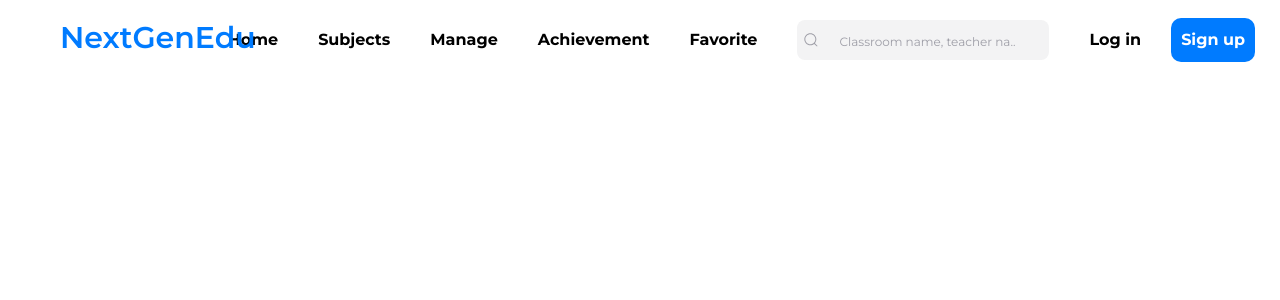
Repository: khoilvgcc210040/nextgenedu
Page: http://localhost/
An editor plug-in stored every save of this project. The page is shown before and after the next save, followed by the edit.
The browser window is 1280 px wide. The pictures show the whole page.
The page is served by the project's application, run on Django 5.2 (manage.py). Other server files are loaded and not shown.

Above is the page before, as saved 2024-08-11 21:44:27.

### home/templatetags/filters.py
from django import template

register = template.Library()

@register.filter(name='range')
def filter_range(start, end):
    return range(start, end)

### templates/home.html
{% load static %}
<!DOCTYPE html>
<html lang="en">
<head>
    <meta charset="UTF-8">
    <meta name="viewport" content="width=device-width, initial-scale=1.0">
    <title>Home</title>
    <!-- Bootstrap CSS -->
    <link href="https://stackpath.bootstrapcdn.com/bootstrap/4.5.2/css/bootstrap.min.css" rel="stylesheet">
</head>
<style>
    @import url('https://fonts.googleapis.com/css2?family=Montserrat:ital,wght@0,100..900;1,100..900&family=Roboto:ital,wght@0,100;0,300;0,400;0,500;0,700;0,900;1,100;1,300;1,400;1,500;1,700;1,900&display=swap');
    body, html {
        margin: 0;
        padding: 0;
        height: 100%;
        font-family: "Montserrat", sans-serif;
        overflow: hidden;
    }
</style>
<body>
    {% include "header.html" %}

</body>
</html>

### templates/header.html
{% load static %}
<!DOCTYPE html>
<html lang="en">
<head>
    <meta charset="UTF-8">
    <meta name="viewport" content="width=device-width, initial-scale=1.0">
</head>
<style>
    @import url('https://fonts.googleapis.com/css2?family=Montserrat:ital,wght@0,100..900;1,100..900&family=Roboto:ital,wght@0,100;0,300;0,400;0,500;0,700;0,900;1,100;1,300;1,400;1,500;1,700;1,900&display=swap');
    body, html {
        margin: 0;
        padding: 0;
        height: 100%;
        font-family: "Montserrat", sans-serif;
        overflow: hidden;
        overflow-y: auto;
    }

    .navbar .container {
        max-width: 1330px;
    }

    .navbar .navbar-nav .nav-link {
        border-radius: 10px;;
        margin: 10px;
        padding: 10px;
        color: #000;
        font-weight: 700;
        transition: all ease-in-out 0.3s;
    }

    .navbar .navbar-nav .nav-link:hover {
        transform: translateY(-3px);
    }


    .navbar {
        position: fixed;
        top: 0;
        left: 0;
        right: 0;
        background: #ffffff;
        border-bottom: 1px solid #ffffff;
        z-index: 9;
        display: flex;
        justify-content: space-around;
        align-items: center;
        padding: 0;
    }

    .navbar .dropdown-menu {
        background: #ffffff;
        box-shadow: 0 1rem 3rem rgba(0, 0, 0, 0.175);
        border: 0;
        display: block;
        opacity: 0;
        min-width: 9rem;
        margin-top: 20px;
        padding: 13px 0 10px 0;
        transition: all 0.3s;
        pointer-events: none;
    }

    .navbar .dropdown-menu::before {
        content: "";
        width: 0;
        height: 0;
        border-left: 20px solid transparent;
        border-right: 20px solid transparent;
        border-bottom: 15px solid #ffffff;
        position: absolute;
        top: -10px;
        left: 10px;
    }

    .navbar .dropdown-item {
        display: inline-block;
        color: #000;
        font-family: "Montserrat", sans-serif;
        font-size: 14px;
        font-weight: 500;
        text-transform: uppercase;
        letter-spacing: 0.5px;
        position: relative;
    }

    .navbar .dropdown-item.active,
    .navbar .dropdown-item:active,
    .navbar .dropdown-item:focus,
    .navbar .dropdown-item:hover {
        background: transparent;
        color: #13547a;
    }

    .navbar .nav-item{
        display: flex;
        align-items: center;
    }

    .navbar .nav-item{
        color: blue;
    }

    @media screen and (min-width: 992px) {
        .navbar .dropdown:hover .dropdown-menu {
            opacity: 1;
            margin-top: 0;
            pointer-events: auto;
        }
    }

    .navbar .group {
        display: flex;
        line-height: 28px;
        align-items: center;
        position: relative;
        max-width: 280px;
    }

    .navbar .input {
        width: 100%;
        height: 40px;
        line-height: 28px;
        padding: 0 1rem;
        padding-left: 2.5rem;
        border: 2px solid transparent;
        border-radius: 8px;
        outline: none;
        background-color: #f3f3f4;
        color: #0d0c22;
        transition: .3s ease;
    }

    .navbar .input::placeholder {
        color: #9e9ea7;
        font-size: 12px;
    }

    .navbar .input:focus, input:hover {
        outline: none;
        border-color: rgba(234,76,137,0.4);
        background-color: #fff;
        box-shadow: 0 0 0 4px rgb(234 76 137 / 10%);
    }

    .navbar .icon {
        position: absolute;
        left: 1rem;
        fill: #9e9ea7;
        width: 1rem;
        height: 1rem;
    }

    .navbar .navbar-brand{
        color: #000;
        font-size: 30px;
        margin-bottom: 5px;
        font-weight: 600;
        position: absolute;
        left: 2em;
        transition: all ease-in-out 0.3s;
    }

    .navbar .navbar-brand:hover{
        color: #000;
        transform: translateY(-3px);
    }

    .navbar .collapse{
        display: flex;
        justify-content: flex-end;
    }

    .navbar img {
        height: 40px;
        width: auto;
        vertical-align: middle;
    }

    .btn-login:hover {
        background-color: #e2e8f0;
    }
</style>
<body>
    <nav class="navbar navbar-expand-lg">
        <div class="container">
            <a class="navbar-brand" href="{% url "home" %}">
                {% comment %} <svg xmlns="http://www.w3.org/2000/svg" width="30" height="30" fill="currentColor" class="bi bi-backpack3 text-primary" viewBox="0 0 16 20">
                    <path d="M4.04 7.43a4 4 0 0 1 7.92 0 .5.5 0 1 1-.99.14 3 3 0 0 0-5.94 0 .5.5 0 1 1-.99-.14M4 9.5a.5.5 0 0 1 .5-.5h7a.5.5 0 0 1 .5.5v4a.5.5 0 0 1-.5.5h-7a.5.5 0 0 1-.5-.5zm1 .5v3h6v-3h-1v.5a.5.5 0 0 1-1 0V10z"/>
                    <path d="M6 2.341V2a2 2 0 1 1 4 0v.341c.465.165.904.385 1.308.653l.416-1.247a1 1 0 0 1 1.748-.284l.77 1.027a1 1 0 0 1 .15.917l-.803 2.407C13.854 6.49 14 7.229 14 8v5.5a2.5 2.5 0 0 1-2.5 2.5h-7A2.5 2.5 0 0 1 2 13.5V8c0-.771.146-1.509.41-2.186l-.802-2.407a1 1 0 0 1 .15-.917l.77-1.027a1 1 0 0 1 1.748.284l.416 1.247A6 6 0 0 1 6 2.34ZM7 2v.083a6 6 0 0 1 2 0V2a1 1 0 1 0-2 0m5.941 2.595.502-1.505-.77-1.027-.532 1.595q.447.427.8.937M3.86 3.658l-.532-1.595-.77 1.027.502 1.505q.352-.51.8-.937M8 3a5 5 0 0 0-5 5v5.5A1.5 1.5 0 0 0 4.5 15h7a1.5 1.5 0 0 0 1.5-1.5V8a5 5 0 0 0-5-5"/>
                </svg> {% endcomment %}
                <span class="text-primary">NextGenEdu</span>
            </a>

            <div class="collapse navbar-collapse" id="navbarNav">
                <ul class="navbar-nav ms-lg-5 me-lg-auto">
                    <li class="nav-item">
                        <a class="nav-link click-scroll" href="{% url "home" %}">Home</a>
                    </li>

                    <li class="nav-item">
                        <a class="nav-link click-scroll" href="{% url "subjects" %}">Subjects</a>
                    </li>

                    <li class="nav-item">
                        <a class="nav-link click-scroll" href="index.html#section_3">Manage</a>
                    </li>

                    <li class="nav-item">
                        <a class="nav-link click-scroll" href="index.html#section_4">Achievement</a>
                    </li>

                    <li class="nav-item">
                        <a class="nav-link click-scroll" href="index.html#section_5">Favorite</a>
                    </li>

                    <li>
                        <div class="group nav-link click-scrol">
                        <svg class="icon" aria-hidden="true" viewBox="0 0 24 24"><g><path d="M21.53 20.47l-3.66-3.66C19.195 15.24 20 13.214 20 11c0-4.97-4.03-9-9-9s-9 4.03-9 9 4.03 9 9 9c2.215 0 4.24-.804 5.808-2.13l3.66 3.66c.147.146.34.22.53.22s.385-.073.53-.22c.295-.293.295-.767.002-1.06zM3.5 11c0-4.135 3.365-7.5 7.5-7.5s7.5 3.365 7.5 7.5-3.365 7.5-7.5 7.5-7.5-3.365-7.5-7.5z"></path></g></svg>
                        <input placeholder="Classroom name, teacher na..." type="search" class="input">
                        </div>
                    </li>
                    {% if user.is_authenticated %}
                    <li class="nav-item dropdown">
                        <a class="nav-link" href="#section_5" id="navbarLightDropdownMenuLink" role="button" data-bs-toggle="dropdown" aria-expanded="false">✙ Create</a>

                        <ul class="dropdown-menu dropdown-menu-light" aria-labelledby="navbarLightDropdownMenuLink">
                            <li><a class="dropdown-item" href="topics-listing.html">Topics Listing</a></li>

                            <li><a class="dropdown-item active" href="contact.html">Contact Form</a></li>
                        </ul>
                    </li>

                    <li class="nav-item dropdown">
                        <a class="nav-link" href="#section_5" id="navbarLightDropdownMenuLink" role="button" data-bs-toggle="dropdown" aria-expanded="false"><img src="{% static "user.png" %}" alt=""></a>

                        <ul class="dropdown-menu dropdown-menu-light" aria-labelledby="navbarLightDropdownMenuLink">
                            <li><a class="dropdown-item" href="topics-listing.html">Setting</a></li>

                            <li><a class="dropdown-item active" href="{% url "logout" %}">Logout</a></li>
                        </ul>
                    </li>
                    {% else %}
                    <li class="nav-item">
                        <a class="btn-login nav-link click-scroll " href="{% url "auth" %}?form=login">Log in</a>
                    </li>
                    <li class="nav-item">
                        <a class="nav-link click-scroll bg-primary text-white" href="{% url "auth" %}?form=signup">Sign up</a>
                    </li>
                    {% endif %}
                </ul>
            </div>
        </div>
    </nav>
</body>
</html>

### home/views.py
from datetime import date
from django.http import HttpResponse
from django.shortcuts import render, redirect, get_object_or_404
from django.contrib.auth import authenticate, login, logout
from django.contrib import messages
from home.models import Classroom, CustomUser, Subjects

from django.contrib.auth.tokens import default_token_generator
from django.contrib.auth.forms import SetPasswordForm
from django.utils.http import urlsafe_base64_encode, urlsafe_base64_decode
from django.utils.encoding import force_bytes, force_str
from django.template.loader import render_to_string
from django.core.mail import send_mail

def home(request):
    if 'login_email' in request.session:
        del request.session['login_email']
    if 'signup_data' in request.session:
        del request.session['signup_data']
    context = {}
    return render(request, 'home.html', context)

def authPage(request):
    if request.method == 'POST':
        form_type = request.POST.get('form', 'signup')
        signup_error = False
        login_error = False

        if form_type == 'signup':
            email = request.POST.get('email')
            username = request.POST.get('username')
            password = request.POST.get('password')
            confirmPassword = request.POST.get('confirm-password')
            day = int(request.POST.get('day'))
            month = int(request.POST.get('month'))
            year = int(request.POST.get('year'))
            role = request.POST.get('role')
            grade = request.POST.get('grade')
            terms = request.POST.get('terms') == 'on'

            errors = False

            if CustomUser.objects.filter(email=email).exists():
                messages.info(request, '❌ This email is already registered. Please use a different email address.', extra_tags='signup')
                errors = True

            if CustomUser.objects.filter(username=username).exists():
                messages.info(request, '❌ This username is already taken. Please choose a different username.', extra_tags='signup')
                errors = True

            if password != confirmPassword:
                messages.info(request, '❌ The passwords do not match. Please check and re-enter them.', extra_tags='signup')
                errors = True

            if errors:
                signup_error = True
                request.session['signup_data'] = {
                    'email': email,
                    'username': username,
                    'day': day,
                    'month': month,
                    'year': year,
                    'role': role,
                    'grade': grade,
                    'terms': terms
                }
                return redirect('/auth/?form=signup&signup_error=True')
            else:
                user = CustomUser.objects.create_user(username=username, email=email, password=password)
                user.date_of_birth = date(year, month, day)
                user.role = role
                user.grade = grade
                user.terms_accepted = terms
                user.save()

                user = authenticate(request, email=email, password=password)
                login(request, user)
                return redirect('home')

        elif form_type == 'login':
            email = request.POST.get('email')
            password = request.POST.get('login-password')

            user = authenticate(request, email=email, password=password)

            if user is not None:
                login(request, user)
                return redirect('home')
            else:
                messages.info(request, 'Oops. Something went wrong 😅. Please try again.', extra_tags='login')
                login_error = True
                request.session['login_email'] = email
                return redirect('/auth/?form=login&login_error=True')
    else:
        form_type = request.POST.get('form', 'signup')
        signup_error = request.GET.get('signup_error', 'False') == 'True'
        login_error = request.GET.get('login_error', 'False') == 'True'
        signup_data = request.session.pop('signup_data', {})
        days = list(range(1, 32))
        months = {i: month for i, month in enumerate(["January", "February", "March", "April", "May", "June", "July", "August", "September", "October", "November", "December"], start=1)}
        years = list(range(1900, 2024 + 1))
        context = {
            'form_type': form_type,
            'signup_error': signup_error,
            'login_error': login_error,
            'email': signup_data.get('email', ''),
            'username': signup_data.get('username', ''),
            'day': signup_data.get('day', ''),
            'month': signup_data.get('month', ''),
            'year': signup_data.get('year', ''),
            'role': signup_data.get('role', ''),
            'grade': signup_data.get('grade', ''),
            'terms': signup_data.get('terms', False),
            'days': days,
            'months': months,
            'years': years,
            'login_email': request.session.get('login_email') if request.session.get('login_email') else "",
        }
        return render(request, 'auth.html', context)

def logoutPage(request):
    logout(request)
    return redirect('home')

def subjects(request):
    subjects = Subjects.objects.all()
    context = {
        'subjects' : subjects
    }
    return render(request, 'subjects.html', context)

import logging
logger = logging.getLogger(__name__)

def forgot_password(request):
    if request.method == 'POST':
        email = request.POST.get('email')
        associated_users = CustomUser.objects.filter(email=email)
        if associated_users.exists():
            for user in associated_users:
                subject = "Password Reset Requested"
                email_template_name = "password_reset_email.html"
                uidb64 = urlsafe_base64_encode(force_bytes(user.pk))
                logger.debug(f'Generated uidb64: {uidb64}')
                c = {
                    "email": user.email,
                    'domain': 'localhost:8000',
                    'site_name': 'Website',
                    "uidb64": uidb64,
                    "user": user,
                    'token': default_token_generator.make_token(user),
                    'protocol': 'http',
                }
                email = render_to_string(email_template_name, c)
                send_mail(subject, email, 'NextGenEdu <nextgenedu03.info@gmail.com>', [user.email], fail_silently=False)
            return render(request, 'check_your_email.html')
        else:
            messages.error(request, 'This email does not exist in our system.')
            return redirect('forgot_password')
    return render(request, 'forgot_password.html')


def reset_password(request, uidb64=None, token=None):
    if uidb64 is not None and token is not None:
        try:
            uid = force_str(urlsafe_base64_decode(uidb64))
            user = CustomUser.objects.get(pk=uid)
        except (TypeError, ValueError, OverflowError, CustomUser.DoesNotExist):
            user = None

        if user is not None and default_token_generator.check_token(user, token):
            if request.method == 'POST':
                new_password = request.POST.get('new_password')
                confirm_password = request.POST.get('confirm_password')

                if new_password == confirm_password:
                    user.set_password(new_password)
                    user.save()
                    messages.success(request, 'Your password has been successfully changed.')
                    return redirect('reset_password')
                else:
                    messages.error(request, 'Passwords do not match. Please try again.')
                    return redirect(request.path)
            return render(request, 'reset_password.html')
        else:
            messages.error(request, 'The reset link is invalid or has expired.')
            return redirect('forgot_password')
    else:
        messages.error(request, 'Invalid request.')
        return redirect('forgot_password')

def classrooms(request, subject_id, grade):
    subject = get_object_or_404(Subjects, id=subject_id, grade=grade)
    status = request.GET.get('status', None)

    if status is not None:
        classrooms = Classroom.objects.filter(subject=subject, grade=grade, status=status)
    else:
        classrooms = Classroom.objects.filter(subject=subject, grade=grade)

    context = {
        'subject': subject,
        'grade': grade,
        'classrooms': classrooms,
        'status': status,
    }
    return render(request, 'classrooms.html', context)

def enter_password(request, classroom_id):
    classroom = get_object_or_404(Classroom, id=classroom_id)

    if request.method == 'POST':
        entered_password = request.POST.get('password')
        if entered_password == classroom.password:
            return HttpResponse("Access Granted")
        else:
            return HttpResponse("Incorrect password")

    return redirect('classrooms', subject_id=classroom.subject.id, grade=classroom.grade)

### home/urls.py
from django.urls import include, path
from . import views

urlpatterns = [
    path('', views.home, name='home'),
    path('auth/', views.authPage, name='auth'),
    path('logout/', views.logoutPage, name='logout'),
    path('subjects/', views.subjects, name='subjects'),
    path('subjects/<int:subject_id>/grade/<int:grade>/classrooms/', views.classrooms, name='classrooms'),
    path('classrooms/<int:classroom_id>/enter-password/', views.enter_password, name='enter_password'),
    path('forgot-password/', views.forgot_password, name='forgot_password'),
    path('reset-password/<uidb64>/<token>/', views.reset_password, name='reset_password'),
]

Loaded but not shown: nextgenedu/urls.py (common file)

After the next save:
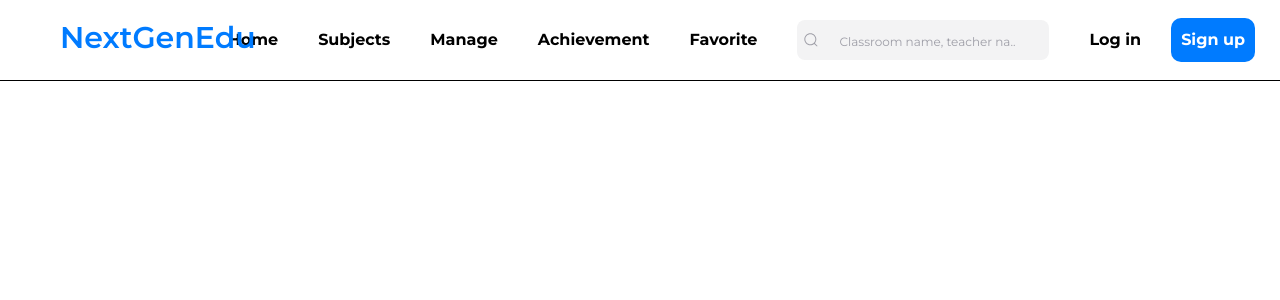
Saved 8 s later.
--- a/templates/header.html
+++ b/templates/header.html
@@ -40,7 +40,7 @@
         left: 0;
         right: 0;
         background: #ffffff;
-        border-bottom: 1px solid #ffffff;
+        border-bottom: 1px solid #000;
         z-index: 9;
         display: flex;
         justify-content: space-around;

After the 2 saves that followed:
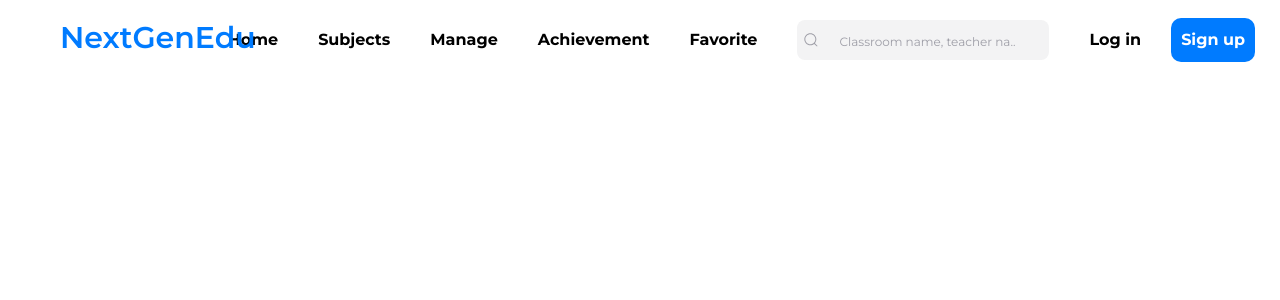
The 2 saves are shown as one change because they came seconds apart.
The last was saved 7 s later.
--- a/templates/header.html
+++ b/templates/header.html
@@ -40,7 +40,7 @@
         left: 0;
         right: 0;
         background: #ffffff;
-        border-bottom: 1px solid #000;
+        border-bottom: 1px solid #0000000;
         z-index: 9;
         display: flex;
         justify-content: space-around;
